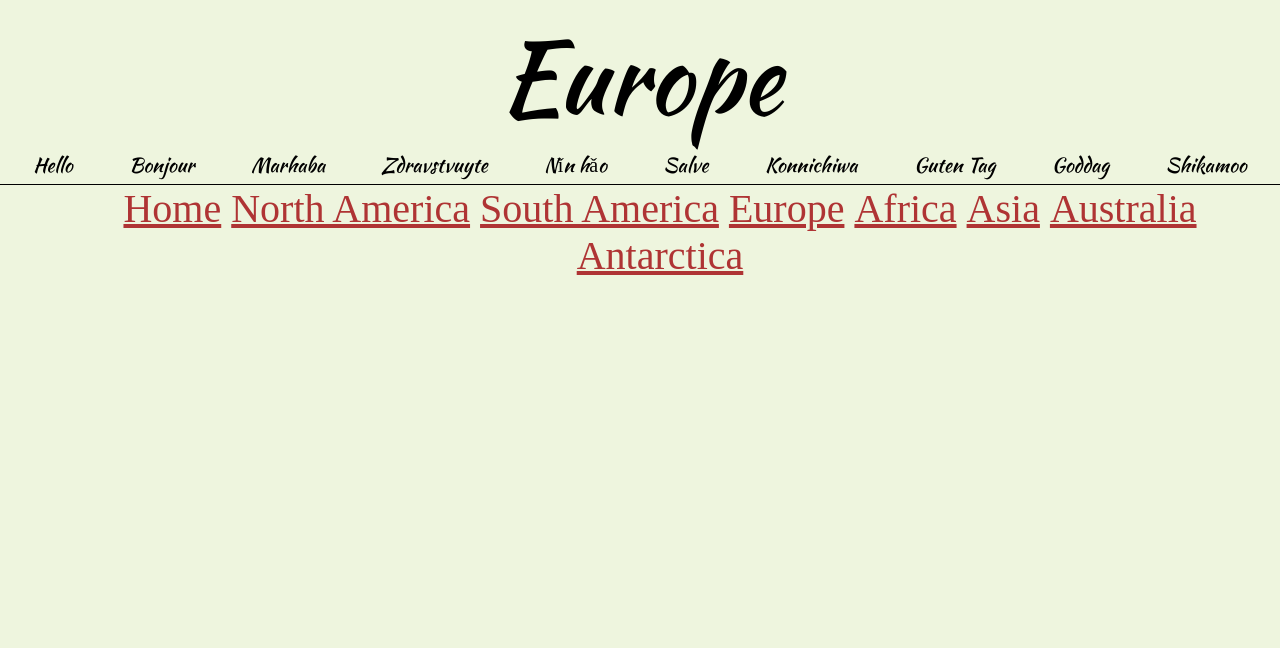
Repository: alharama/StaticWebsite
Page: eu_page.html
The author's editor kept a copy of each file at every save. The page is drawn from the files as they stood at one save, then again after the next save.
The browser window is 1280 px wide. The pictures show the whole page.

Above is the page before, as saved 2021-09-20 23:13:59.

After the next save:
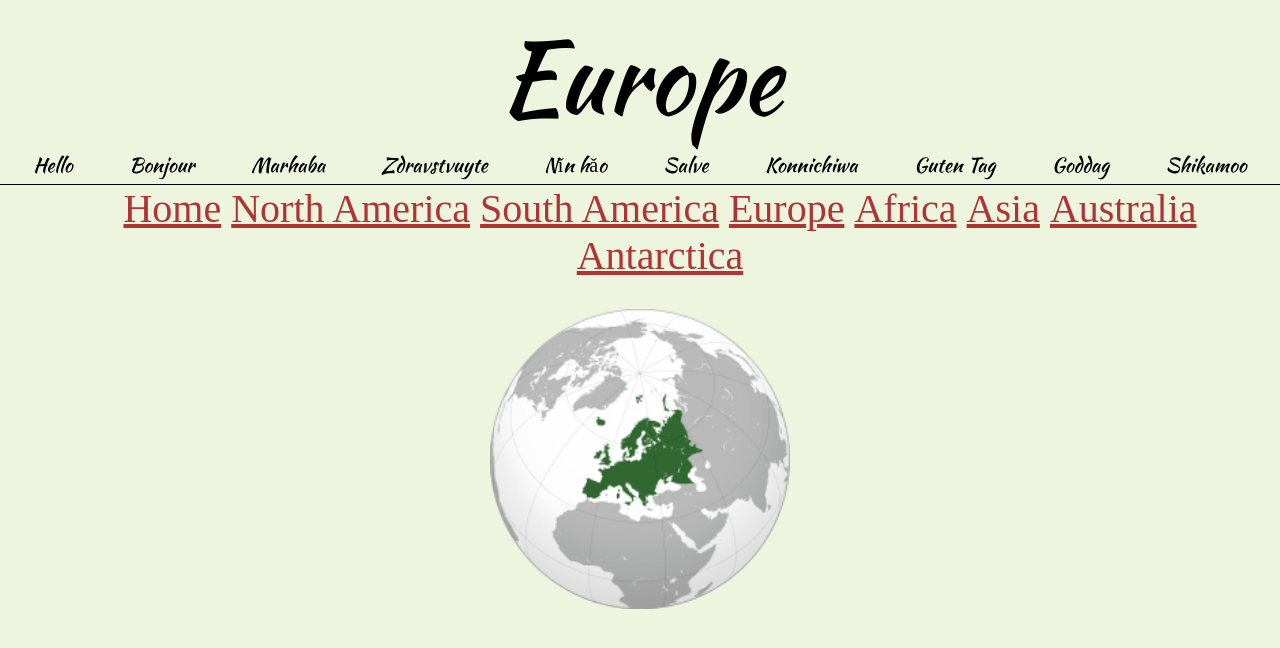
Saved 25 s later.
--- a/eu_page.html
+++ b/eu_page.html
@@ -107,6 +107,7 @@
         </nav>
 
 
+        <img id="eu" src="Europe.png" alt="Europe">
 
 
 
